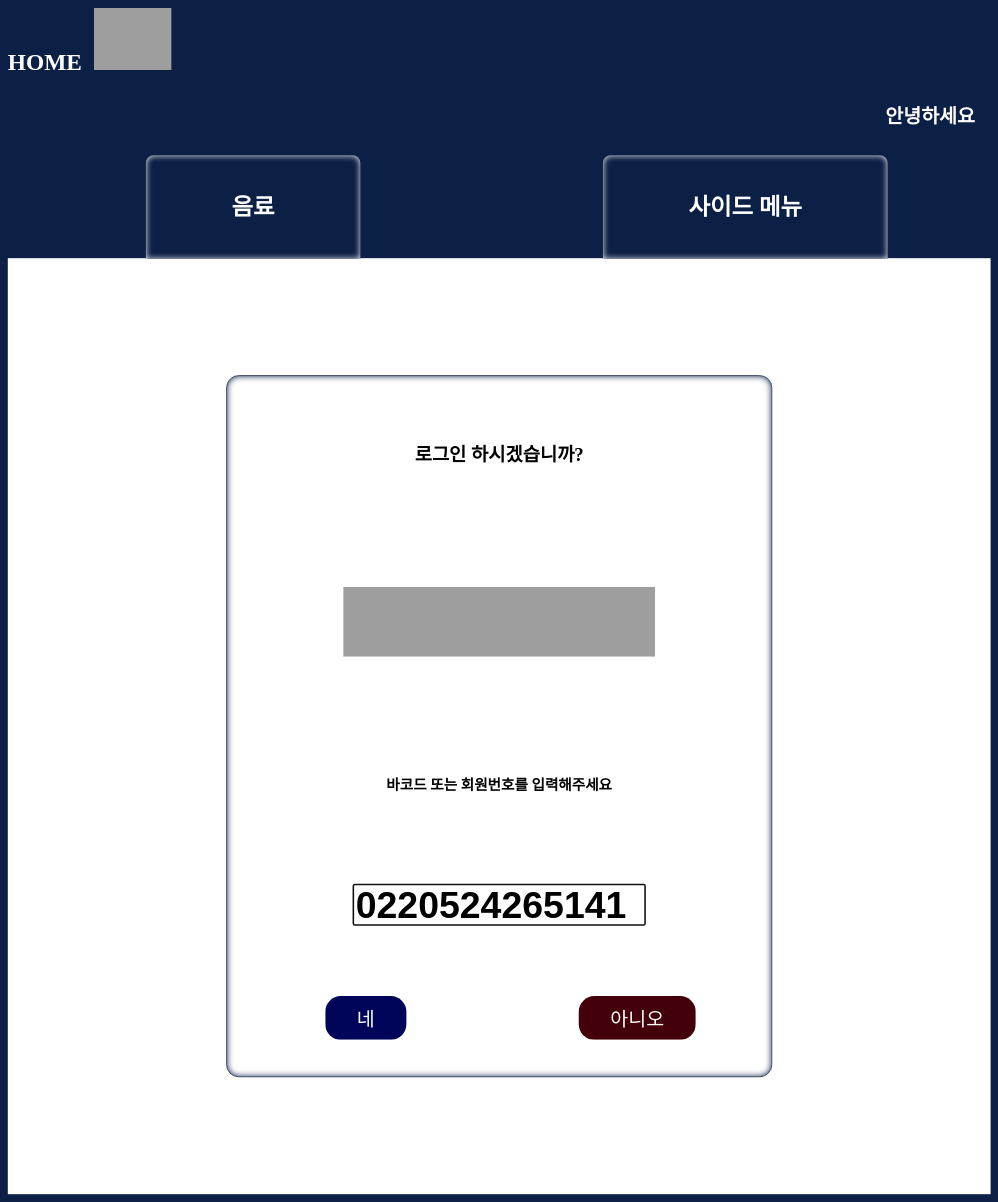
Repository: DevJoeYC/Metabukcs
Page: http://localhost/metabucks/KIOSK/login.jsp
An editor plug-in stored every save of this project. The page is shown before and after the next save, followed by the edit.
The browser window is 1280 px wide. The pictures show the whole page, at 78% of full size.
Pictures or frames that could not be fetched are drawn as grey boxes. The page is served by Tomcat 9.

Above is the page before, as saved 2022-05-27 05:43:28.

After the next save:
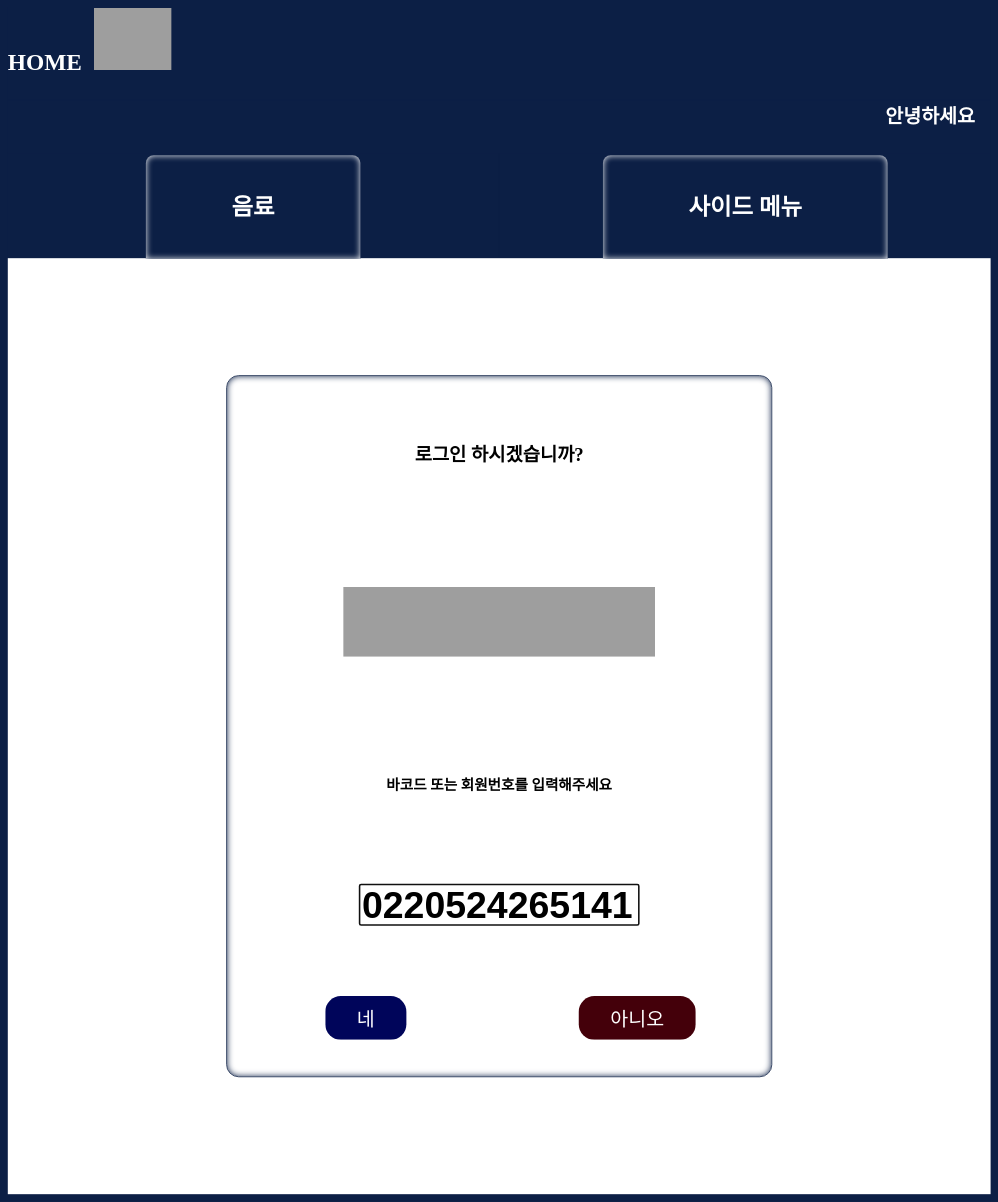
Saved 5 s later.
--- a/metabucks/WebContent/KIOSK/login.jsp
+++ b/metabucks/WebContent/KIOSK/login.jsp
@@ -59,7 +59,7 @@
 				<td colspan=2><input type="text"
 									 id="usernum"
 									 name="usernum"
-									 style="width: 23rem; height:3rem;font-size:3rem;font-weight:bold"
+									 style="width: 22rem; height:3rem;font-size:3rem;font-weight:bold"
 									 value="0220524265141">
 				</td>
 			</tr>
